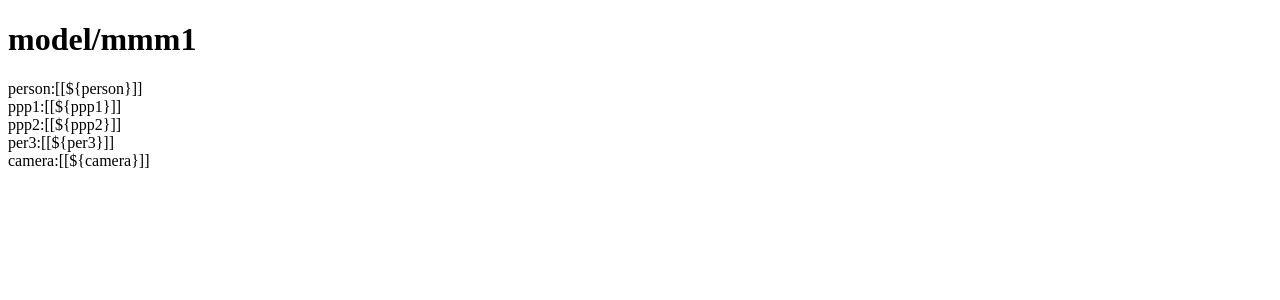
Repository: Yousehyeon/spring_work
Page: stsMvcProj/src/main/webapp/views/model/mmm1.html
These files come from the project's save history. The page is drawn as it stood at one moment and after the next save; the edit follows.
The browser window is 1280 px wide. The pictures show the whole page.

Above is the page before, as saved 2023-08-23 07:16:32.

After the next save:
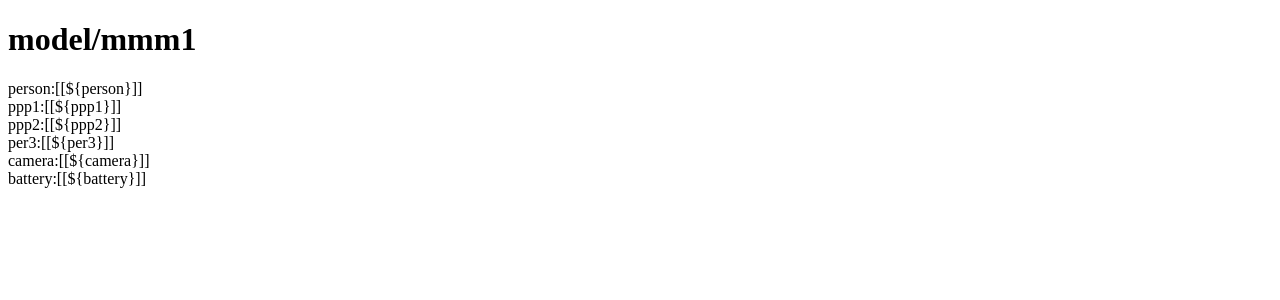
Saved 5 min 30 s later.
--- a/stsMvcProj/src/main/webapp/views/model/mmm1.html
+++ b/stsMvcProj/src/main/webapp/views/model/mmm1.html
@@ -11,5 +11,6 @@
 ppp2:[[${ppp2}]]<br/>
 per3:[[${per3}]]<br/>
 camera:[[${camera}]]<br/>
+battery:[[${battery}]]<br/>
 </body>
 </html>
